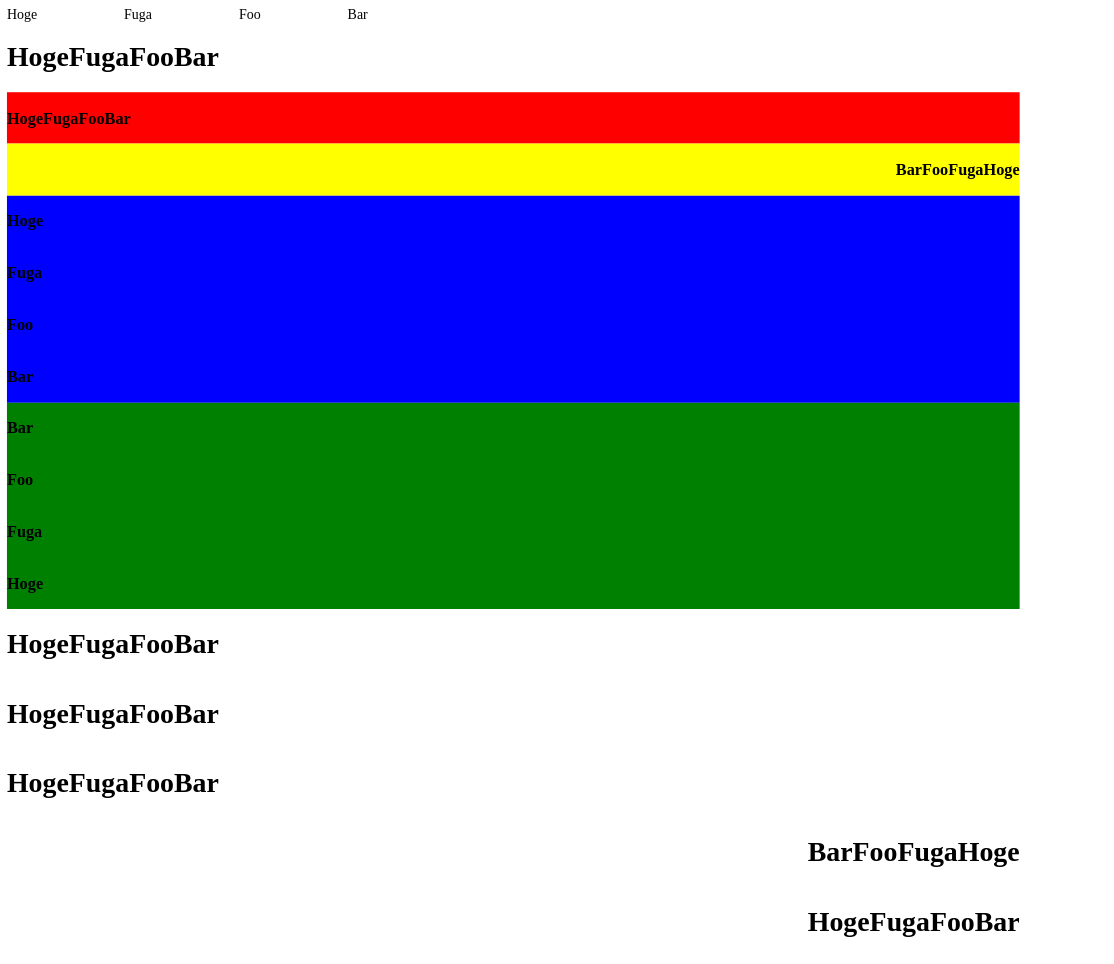
Repository: sachiko23/samurai_HTML-CSS
Page: flexbox.html
The author's editor kept a record of every edit. The page is drawn from the files as they stood at one moment, then again after the next edit.
The browser window is 1280 px wide. The pictures show the whole page, at 87% of full size.

Above is the page before.

### flexbox.html
<html lang="ja">
    <head>
        <style>
            .sort {
                display: flex;
                flex-wrap: wrap;
            }
            div {
                margin-right: 100px;
            }
            .parent {
                display: flex;
            }
            #sort {
                display: flex;
                flex-direction: row;
                background-color: red;
            }

            #reverse {
                display: flex;
                flex-direction: row-reverse;
                background-color: yellow;
            }

            #column {
                display: flex;
                flex-direction: column;
                background-color: blue;
            }

            #column-reverse {
                display: flex;
                flex-direction: column-reverse;
                background-color: green;
            }
            #no-wrap {
                display: flex;
                flex-wrap: nowrap;
            }
            #wrap {
                display: flex;
                flex-wrap: wrap;
            }
            #wrap-reverse {
                display: flex;
                flex-wrap: wrap-reverse;
            }
            #flex-flow {
                display: flex;
                flex-flow: row-reverse wrap;
            }
            #flex-end {
                display: flex;
                justify-content: flex-end;
            }
            #flex-start {
                display: flex;
                align-items: flex-start;
            }

        </style>
    </head>
    <body>
        <div class="sort">
            <div>
                Hoge
            </div>
            <div>
                Fuga
            </div>
            <div>
                Foo
            </div>
            <div>
                Bar
            </div>
        </div>
        <div class="parent">
            <h1>Hoge</h1>
            <h1>Fuga</h1>
            <h1>Foo</h1>
            <h1>Bar</h1>
        </div>
        <div id="sort">
            <h3>Hoge</h3>
            <h3>Fuga</h3>
            <h3>Foo</h3>
            <h3>Bar</h3>
        </div>
        <div id="reverse">
            <h3>Hoge</h3>
            <h3>Fuga</h3>
            <h3>Foo</h3>
            <h3>Bar</h3>
        </div>
        <div id="column">
            <h3>Hoge</h3>
            <h3>Fuga</h3>
            <h3>Foo</h3>
            <h3>Bar</h3>
        </div>
        <div id="column-reverse">
            <h3>Hoge</h3>
            <h3>Fuga</h3>
            <h3>Foo</h3>
            <h3>Bar</h3>
        </div>
        <div id="no-wrap">
            <h1>Hoge</h1>
            <h1>Fuga</h1>
            <h1>Foo</h1>
            <h1>Bar</h1>
        </div>
        <div id="wrap">
            <h1>Hoge</h1>
            <h1>Fuga</h1>
            <h1>Foo</h1>
            <h1>Bar</h1>
        </div>
        <div id="wrap-reverse">
            <h1>Hoge</h1>
            <h1>Fuga</h1>
            <h1>Foo</h1>
            <h1>Bar</h1>
        </div>
        <div id="flex-flow">
            <h1>Hoge</h1>
            <h1>Fuga</h1>
            <H1>Foo</H1>
            <h1>Bar</h1>
        </div>
        <div id="flex-end">
            <h1>Hoge</h1>
            <h1>Fuga</h1>
            <h1>Foo</h1>
            <h1>Bar</h1>
        </div>
    </body>
</html>

After the next edit:
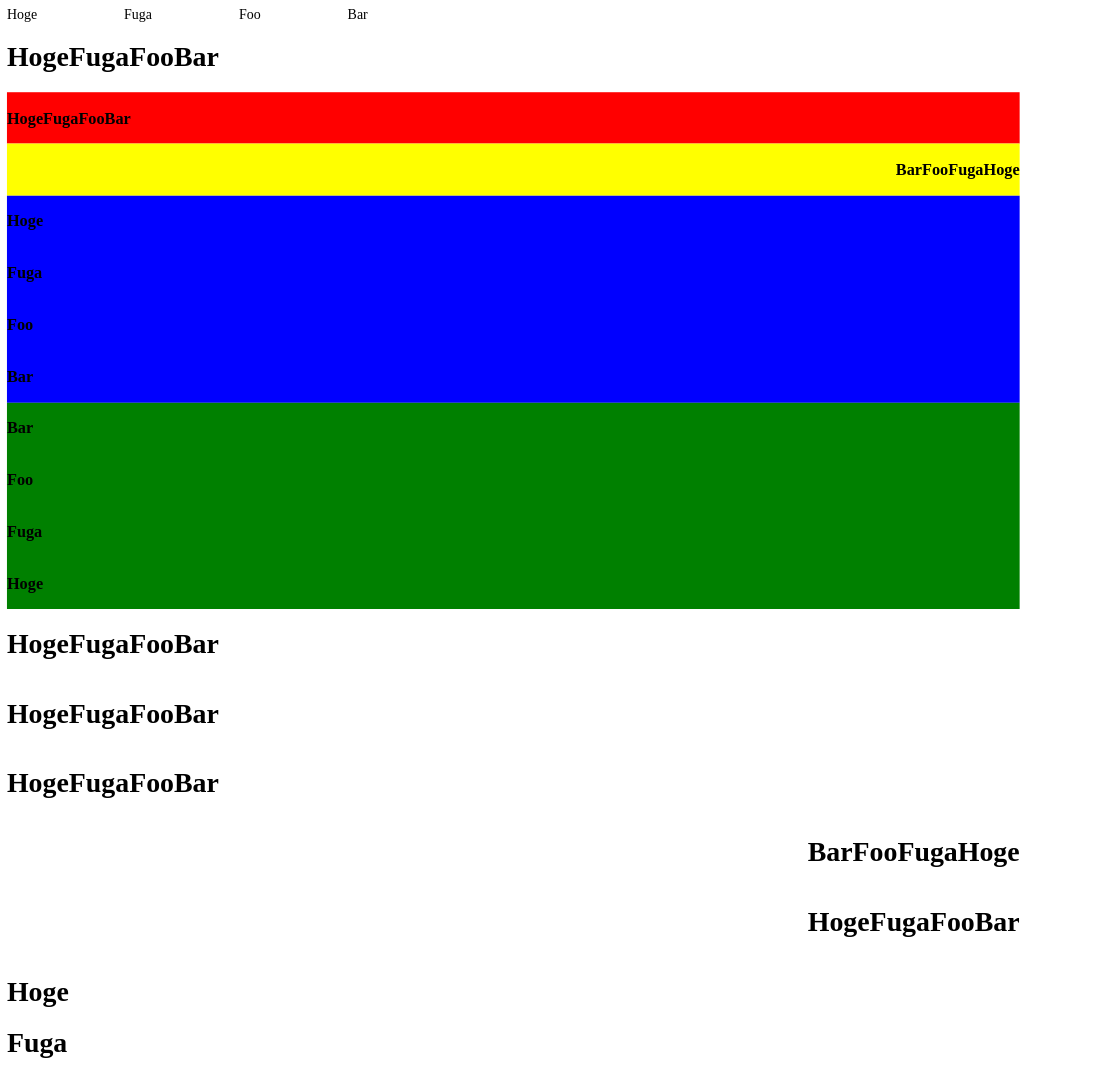
The edit:
--- a/flexbox.html
+++ b/flexbox.html
@@ -136,5 +136,9 @@
             <h1>Foo</h1>
             <h1>Bar</h1>
         </div>
+        <div id="flex-starrt">
+        <h1>Hoge</h1>
+        <h1>Fuga</h1>
+        </div>
     </body>
 </html>
